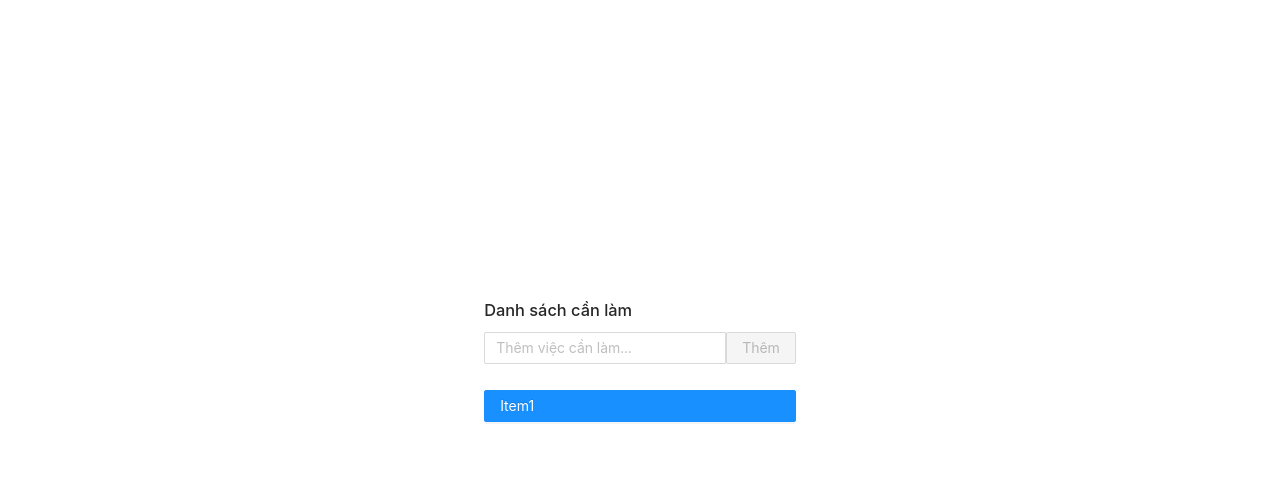
Repository: tiendungjr123/Todo-App
Page: /
The author's editor kept a copy of each file at every save. The page is drawn from the files as they stood at one save, then again after the next save.
The browser window is 1280 px wide. The pictures show the whole page.
The project was rebuilt for these pictures with package versions that can differ from the ones it lists, and the page was loaded fresh each time.

Above is the page before, as saved 2022-09-22 10:35:08.

### src/index.js
import React from 'react';
import ReactDOM from 'react-dom/client';
import './index.css';
import App from './App';
import 'antd/dist/antd.css';
const root = ReactDOM.createRoot(document.getElementById('root'));
root.render(
  <React.StrictMode>
    <App />
  </React.StrictMode>
);

### src/index.css
body {
  margin: 0;
  font-family: -apple-system, BlinkMacSystemFont, 'Segoe UI', 'Roboto', 'Oxygen',
    'Ubuntu', 'Cantarell', 'Fira Sans', 'Droid Sans', 'Helvetica Neue',
    sans-serif;
  display: flex;
  justify-content: center;
  align-items: center;
  padding: 20px;
  font-size: 20px;
}

code {
  font-family: source-code-pro, Menlo, Monaco, Consolas, 'Courier New',
    monospace;
}

### src/App.js
import TodoList from "./component/TodoList";
import { Input, Button } from "antd";

function App() {
  return (
    <>
      <h3>Danh sách cần làm</h3>
      <Input.Group
        style={{
          display: "flex",
        }}
      >
        <Input placeholder="Thêm việc cần làm..." />
        <Button disabled='false' type="primary">Thêm</Button>
      </Input.Group>
      <br/>
      <TodoList />
    </>
  );
}

export default App;

### src/component/TodoList.jsx
import React from "react";
import Todo from "./Todo";

export default function TodoList() {
  return (
    <>
      <Todo/>
    </>
  );
}

### src/component/Todo.jsx
import React from "react";
import { Button } from "antd";
import styled from "styled-components";

export default function Todo() {
  return (
    <div
      style={{ display: "flex", flexDirection: "column", }}
    >
      <Button style={{textAlign: "left", marginTop:'4px'}} type="primary">Item1</Button>
    </div>
  );
}

Loaded but not shown: public/index.html (common file)

After the next save:
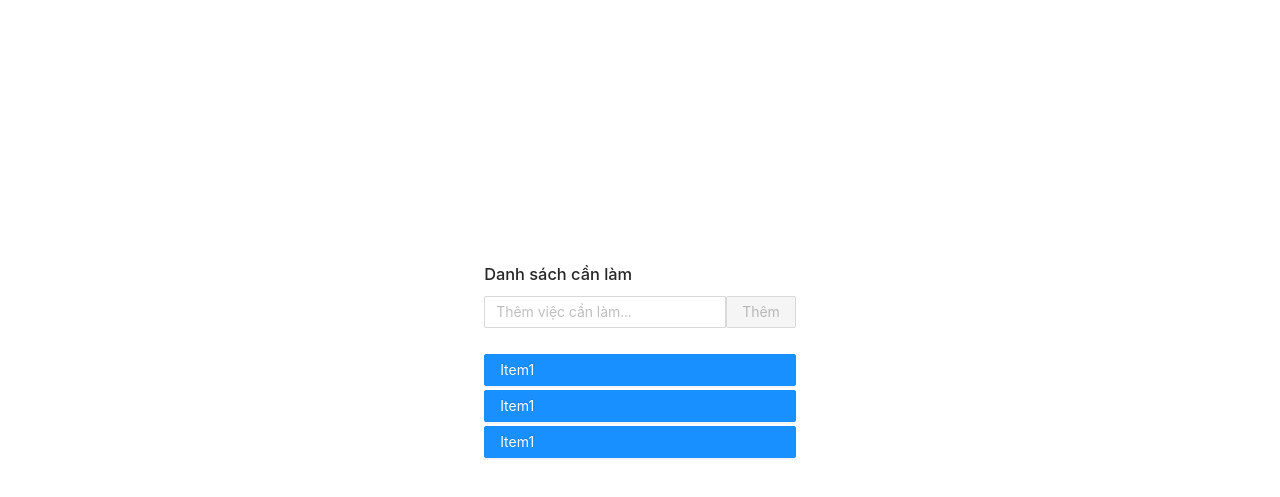
Saved 4 s later.
--- a/src/component/TodoList.jsx
+++ b/src/component/TodoList.jsx
@@ -5,6 +5,8 @@ export default function TodoList() {
   return (
     <>
       <Todo/>
+      <Todo/>
+      <Todo/>
     </>
   );
 }
